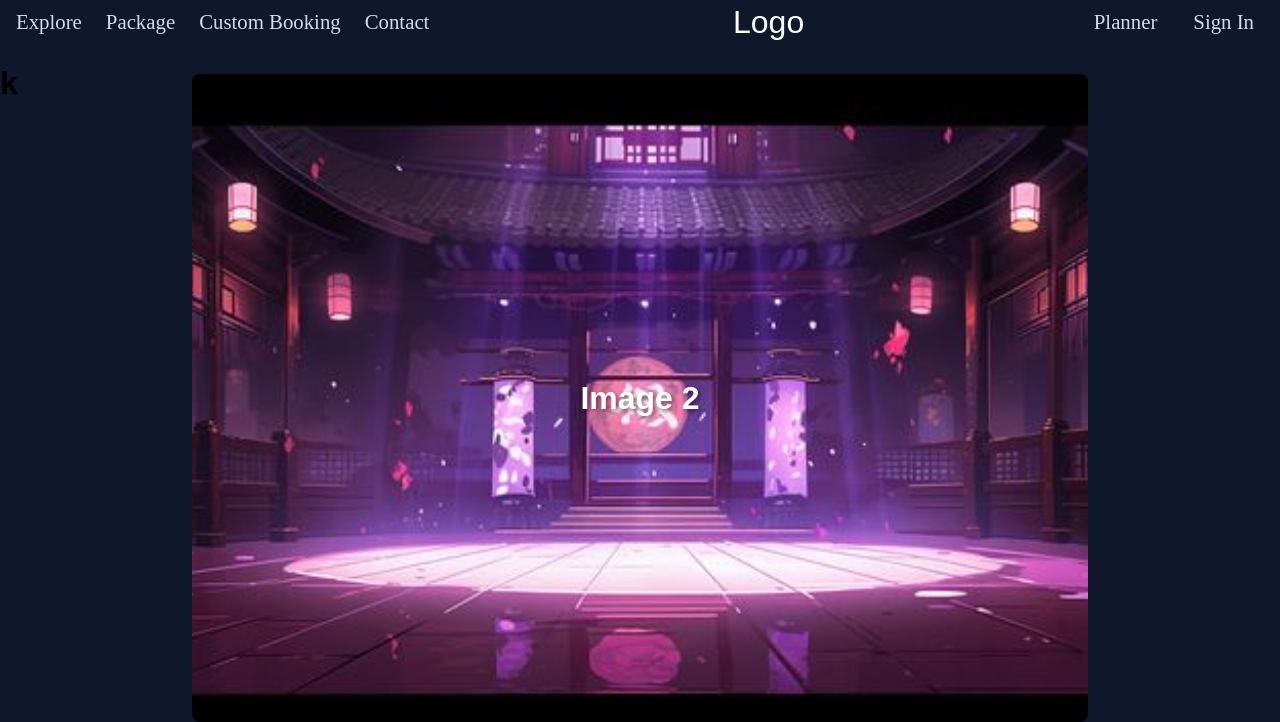
Repository: Demonster-01/Event-Management
Page: / (app in EventOrg/)
An editor plug-in stored every save of this project. The page is shown before and after a run of saves, followed by the edit.
The browser window is 1280 px wide. The pictures show the whole page.
Some web fonts or font styles are not loaded; a fallback is used. The project was rebuilt for these pictures with package versions that can differ from the ones it lists, and the page was loaded fresh each time. Also part of the build but not shown: EventOrg/vite.config.js, EventOrg/src/components/Slideshow.jsx.

Above is the page before, as saved 2024-11-08 17:16:56.

### EventOrg/index.html
<!doctype html>
<html lang="en">
  <head>
    <meta charset="UTF-8" />
    <link rel="icon" type="image/svg+xml" href="/vite.svg" />
    <meta name="viewport" content="width=device-width, initial-scale=1.0" />
    <!-- <link
      href="https://fonts.googleapis.com/css2?family=Roboto:wght@400;700&display=swap"
      rel="stylesheet"> -->
    <link
      href="https://fonts.googleapis.com/css2?family=Oranienbaum&display=swap"
      rel="stylesheet">

    <title>Event Mialune</title>
  </head>
  <body>
    <div id="root"></div>
    <script type="module" src="/src/main.jsx"></script>
  </body>
</html>

### EventOrg/src/App.jsx
import { useState } from "react";

import "./App.css";

import Nav from "./components/Nav";
import Slider from "./components/Slider";
import Slideshow from "./components/Slideshow";

function App() {
  return (
    <div className="App">
      <Nav />
      <Slider />
      {/* <Slideshow /> */}
      <h1>k</h1>
    </div>
  );
}

export default App;

### EventOrg/src/App.css
body {
  margin: 0;
  background-color: #0f172a; /* Default text color */
  font-family: "Arial", sans-serif; /* Optional, to set a base font family */
  min-height: 100vh; /* Ensure the background covers the entire screen */
}

### EventOrg/src/components/Nav.jsx
import styles from "../module_css/Nav.module.css";

export default function Nav() {
  return (
    <div className={styles.container}>
      <nav className={styles.navbar}>
        <ul className={styles.nav_list}>
          <li className={styles.nav_item}>Explore</li>
          <li className={styles.nav_item}>Package</li>
          <li className={styles.nav_item}>Custom Booking</li>
          <li className={styles.nav_item}>Contact</li>
        </ul>
      </nav>

      <div className={styles.logo}>Logo</div>
      <div className={styles.btngroup}>
        <button className={styles.btn}>Planner</button>
        <button className={styles.btn}>Sign In</button>
      </div>
    </div>
  );
}

### EventOrg/src/components/Slider.jsx
import React, { useState, useEffect } from "react";
import styles from "../module_css/Slider.module.css";

import image1 from "../assets/images/image.jpg";
import hallImage from "../assets/images/hall.jpg";
import image3 from "../assets/images/image.jpg";

export default function Slider() {
  const [currentImageIndex, setCurrentImageIndex] = useState(0);

  const images = [
    {
      url: image1,
      caption: "Image 1",
    },
    { url: hallImage, caption: "Image 2" },
    { url: image3, caption: "Image 3" },
  ];

  // Function to handle the next image in the slider
  const nextImage = () => {
    setCurrentImageIndex((prevIndex) => (prevIndex + 1) % images.length);
  };

  // Automatic slider every 3 seconds
  useEffect(() => {
    const interval = setInterval(nextImage, 3000);
    return () => clearInterval(interval); // Cleanup on component unmount
  }, []);

  return (
    <div className={styles.slider_container}>
      <div className={styles.image_slider}>
        <img
          src={images[currentImageIndex].url}
          alt={images[currentImageIndex].caption}
          className={styles.slider_image}
        />
        <div className={styles.image_caption}>
          {images[currentImageIndex].caption}
        </div>
      </div>
    </div>
  );
}

### EventOrg/src/module_css/Nav.module.css
.container {
  display: flex;
  justify-content: space-between;
  align-items: center;
  /* background-color: #404a42; */
  padding: 0 1rem;
}

.navbar {
  color: #d2dbf5;
  font-size: 1.3rem;
  font-family: "Oranienbaum";
}

.nav_list {
  display: flex;
  list-style-type: none;
  margin: 0;
  padding: 0;
}

.nav_item {
  margin-right: 1.5rem;
  color: 404a42;
  cursor: pointer;
}

.nav_item:hover,
.btn:hover {
  text-shadow: 2px 2px 5px rgba(238, 240, 233, 0.884);
  cursor: pointer;
  transition: color 0.3s ease;
}

.btngroup {
  display: flex;
  gap: 1rem;
}

.btn {
  font-family: "Oranienbaum";
  font-size: 1.3rem;
  border: none;
  padding: 10px;
  background-color: transparent;
  color: #d2dbf5;
}

.logo {
  color: white;
  font-size: 2rem;
}

### EventOrg/src/module_css/Slider.module.css
/* Container for the slider */
.slider_container {
  margin: 30px 0;
  display: flex;
  justify-content: center;
  align-items: center;
  position: absolute;
  height: 90%;
  width: 100%;
  overflow: hidden;
}

/* Styling for the image and text inside the slider */
.image_slider {
  position: relative;
  width: 70%;
  height: 100%;
}

/* Image styling */
.slider_image {
  width: 100%;
  height: 100%;
  border-radius: 8px;
  object-fit: cover; /* Ensures the image covers the entire container */
  transition: opacity 0.5s ease; /* Smooth transition for image changes */
}

/* Text caption styling */
.image_caption {
  position: absolute;
  top: 50%;
  left: 50%;
  transform: translate(-50%, -50%);
  color: white;
  font-size: 2rem;
  font-weight: bold;
  text-shadow: 2px 2px 4px rgba(0, 0, 0, 0.5); /* Text shadow for better visibility */
}

Loaded but not shown: EventOrg/src/main.jsx (common file)

After the next 2 saves:
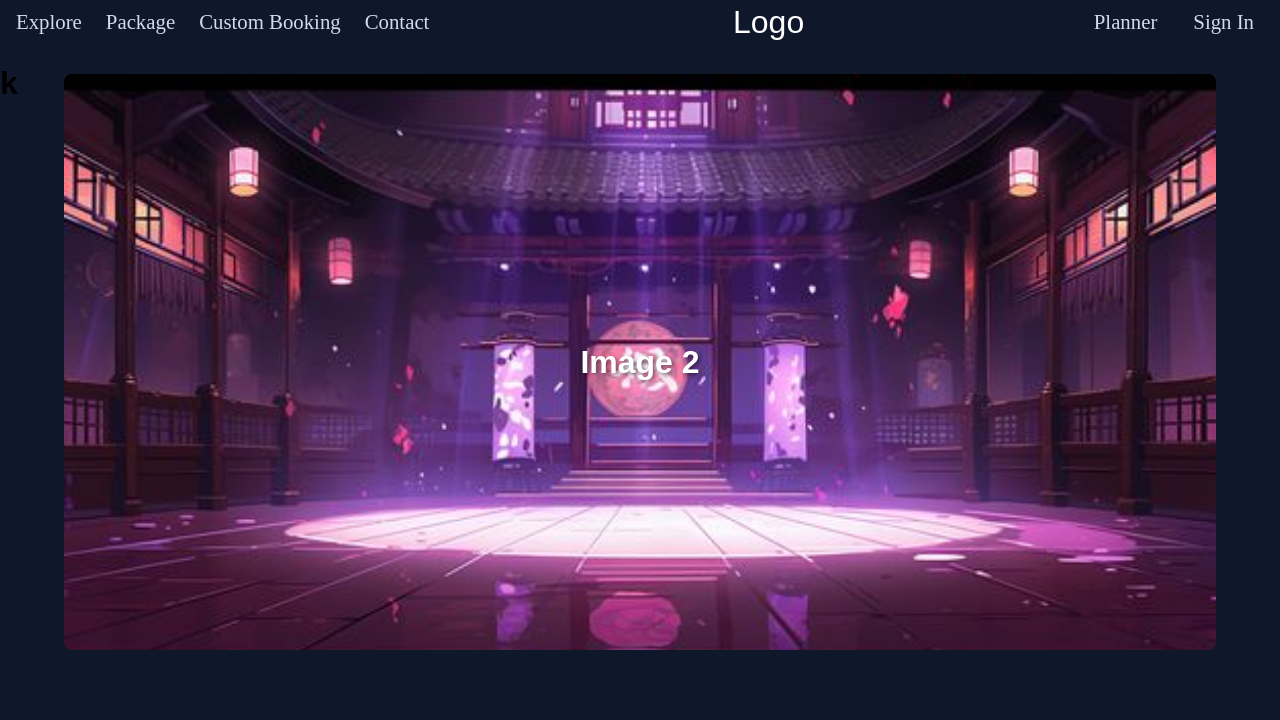
The 2 saves are shown as one change because they came seconds apart.
The last was saved 9 s later.
--- a/EventOrg/src/module_css/Slider.module.css
+++ b/EventOrg/src/module_css/Slider.module.css
@@ -5,7 +5,7 @@
   justify-content: center;
   align-items: center;
   position: absolute;
-  height: 90%;
+  height: 80%;
   width: 100%;
   overflow: hidden;
 }
@@ -13,7 +13,7 @@
 /* Styling for the image and text inside the slider */
 .image_slider {
   position: relative;
-  width: 70%;
+  width: 90%;
   height: 100%;
 }
 
